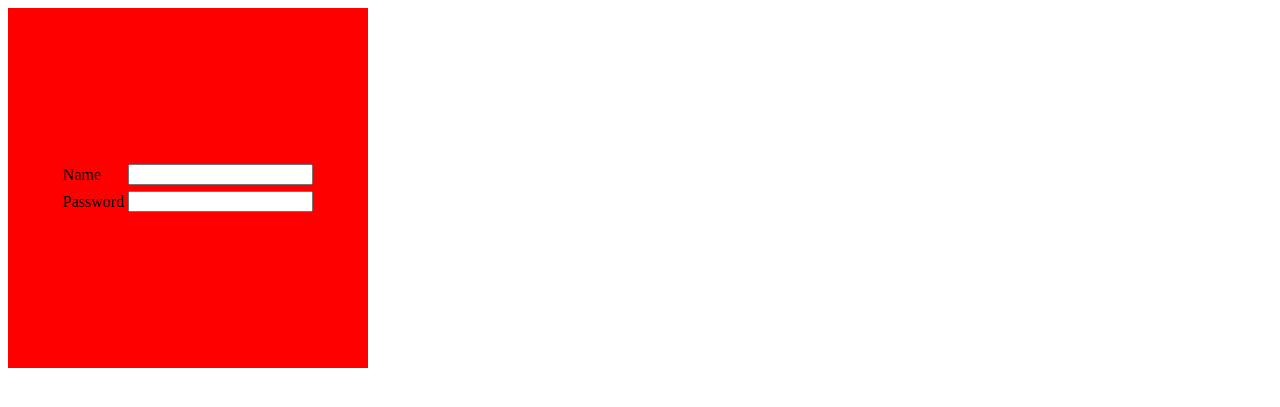
Repository: yash1sh/Java
Page: http://localhost/Servlet_Demo/
An editor plug-in stored every save of this project. The page is shown before and after the next save, followed by the edit.
The browser window is 1280 px wide. The pictures show the whole page.
The page is served by Tomcat 9.

Above is the page before, as saved 2022-05-14 09:41:14.

After the next save:
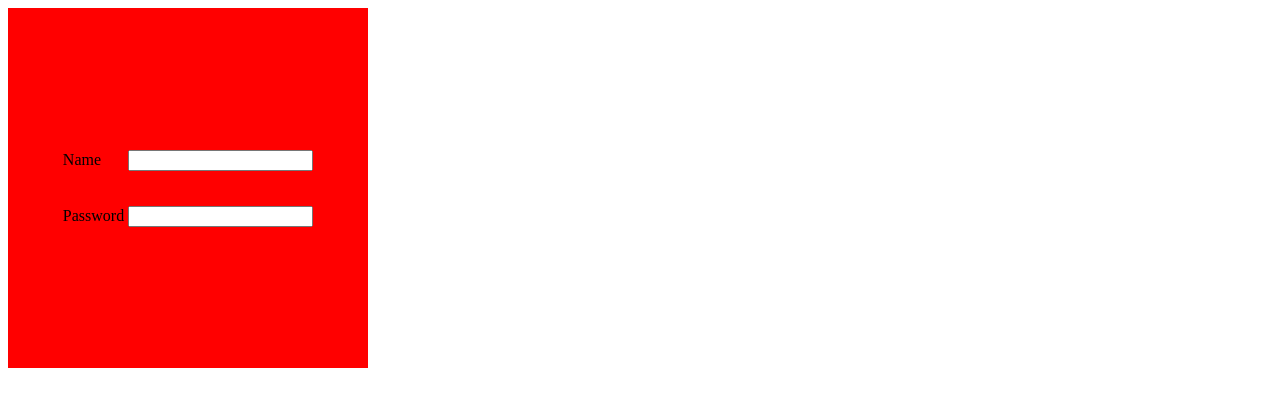
Saved 20 s later.
--- a/Bootcmp/Servlet_Demo/src/main/webapp/indexcss.css
+++ b/Bootcmp/Servlet_Demo/src/main/webapp/indexcss.css
@@ -7,4 +7,5 @@
 	width:50vh;
 	height:50vh;
 	color:black;
+	line-height: 50px
 }
